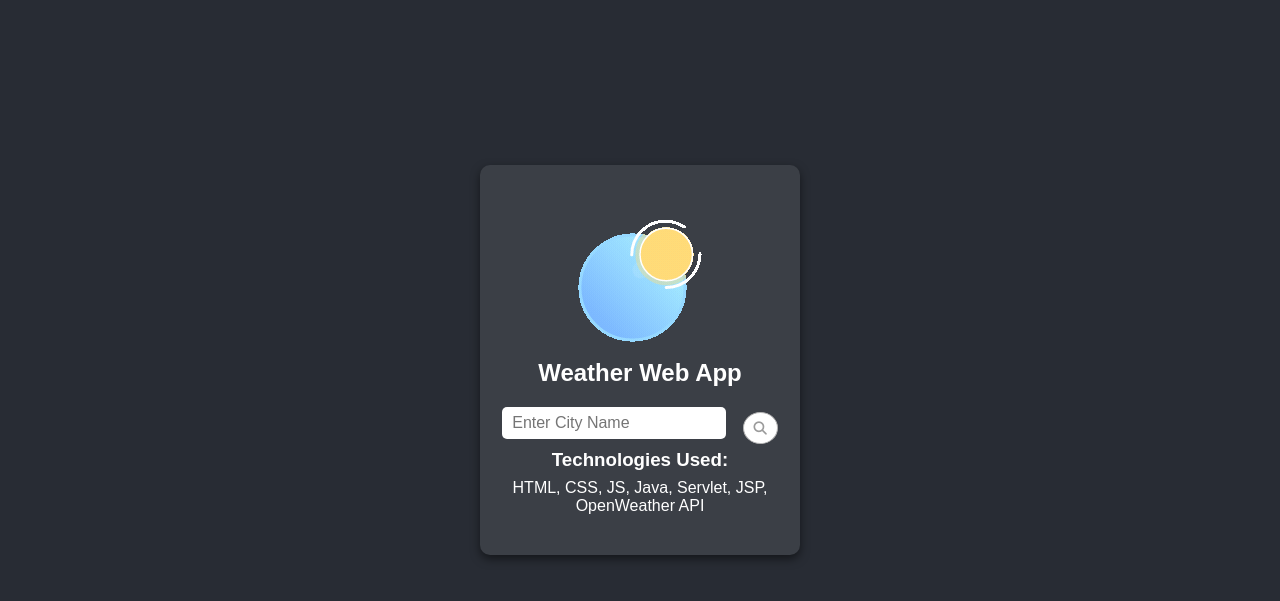
Repository: MinhajulMukthar/Weather-WebApp
Page: http://localhost/Weather_App/
These files come from the project's save history. The page is drawn as it stood at one moment and after the next save; the edit follows.
The browser window is 1280 px wide. The pictures show the whole page.
The page is served by Tomcat 10.

Above is the page before, as saved 2024-09-26 03:01:16.

After the next save:
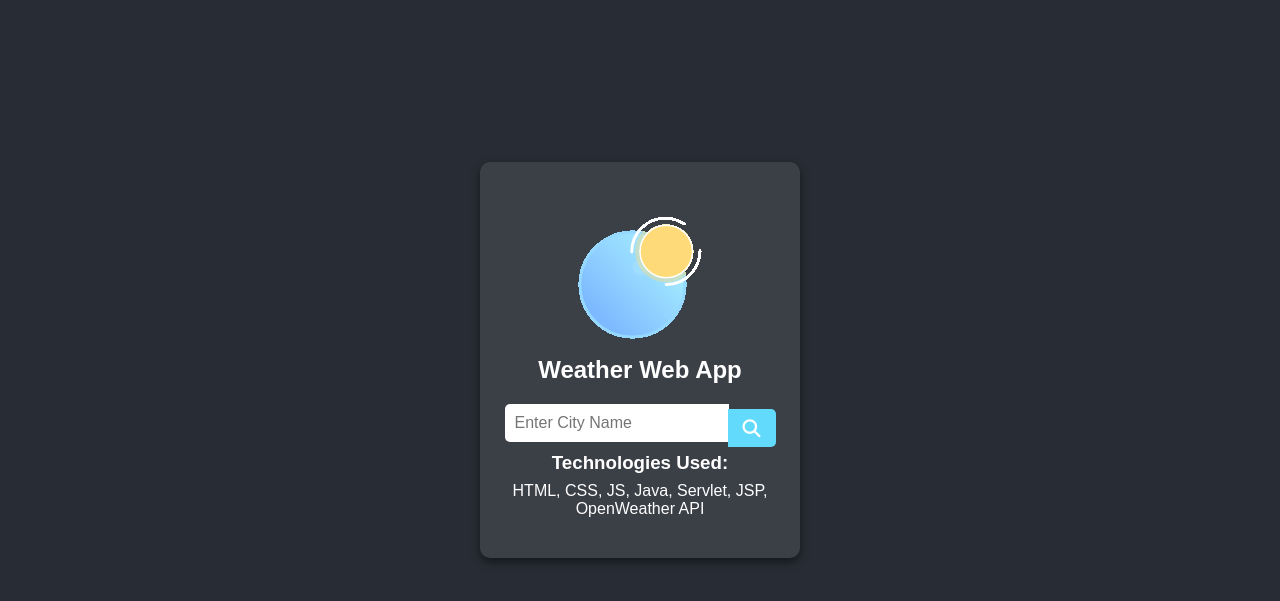
Saved 2 min 5 s later.
--- a/Weather App/src/main/webapp/style.css
+++ b/Weather App/src/main/webapp/style.css
@@ -62,7 +62,40 @@
             justify-content: center;
             align-items: center;
         }
-.searchInput input {
+
+ #searchInput {
+            width: 80%;
+            padding: 10px;
+            font-size: 16px;
+            border-radius: 5px 0 0 5px; /* Rounded on left side */
+            border: none;
+            outline: none;
+            margin-right: -1px; /* Remove gap between input and button */
+        }
+
+        #searchButton {
+            padding: 10px 15px;
+            background-color: #61dafb; /* Button color */
+            border: none;
+            border-radius: 0 5px 5px 0; /* Rounded on right side */
+            cursor: pointer;
+            font-size: 16px;
+            transition: background-color 0.3s;
+            display: flex;
+            justify-content: center;
+            align-items: center;
+        }
+
+        #searchButton:hover {
+            background-color: #21a1f1; /* Darker color on hover */
+        }
+
+        .fa-magnifying-glass {
+            color: white;
+            font-size: 18px; /* Adjust icon size */
+        }
+
+/* .searchInput input {
   width: 100%;
   height: 2rem;
   outline: none;
@@ -93,7 +126,7 @@
   color: #fff;
   background-color: #9c9dde;
   border: 1px solid #9c9dde;
-}
+} */
 
 .weatherIcon {
   display: flex;
